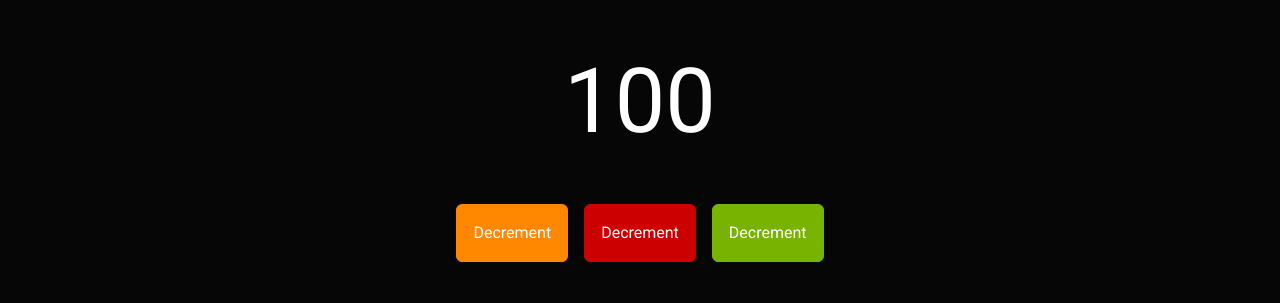
Repository: Afraz13/Emoboo
Page: /
These files come from the project's save history. The page is drawn as it stood at one moment and after a run of saves; the edit follows.
The browser window is 1280 px wide. The pictures show the whole page.
The project was rebuilt for these pictures with package versions that can differ from the ones it lists, and the page was loaded fresh each time.

Above is the page before, as saved 2024-08-15 12:35:28.

After the next 2 saves:
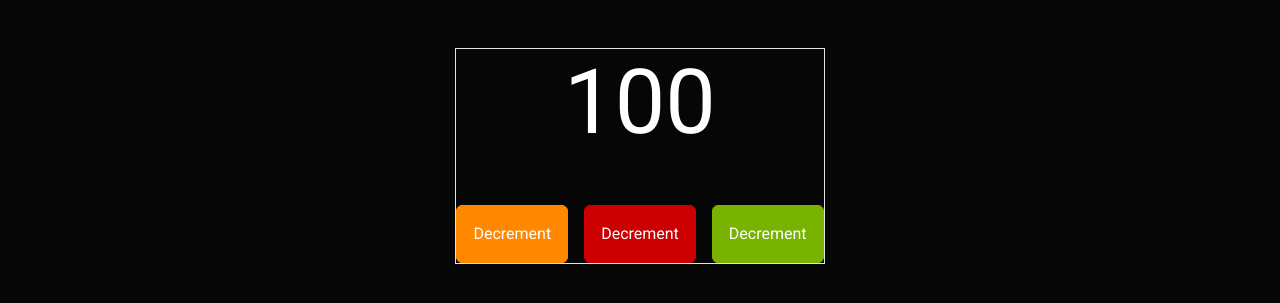
The 2 saves are shown as one change because they came seconds apart.
The last was saved 12 s later.
--- a/src/compontent/Counter.jsx
+++ b/src/compontent/Counter.jsx
@@ -3,7 +3,7 @@ import React from 'react'
 function Counter() {
   return (
     <div className='d-flex justify-content-center align-items-center w-100 flex-column mt-5  '>
-        <div>
+        <div className='border'>
         <h1 style={{fontSize:'90px'}}>100</h1>
         <div className='mt-5'>
             <button className='btn btn-warning p-3'>Decrement</button>
